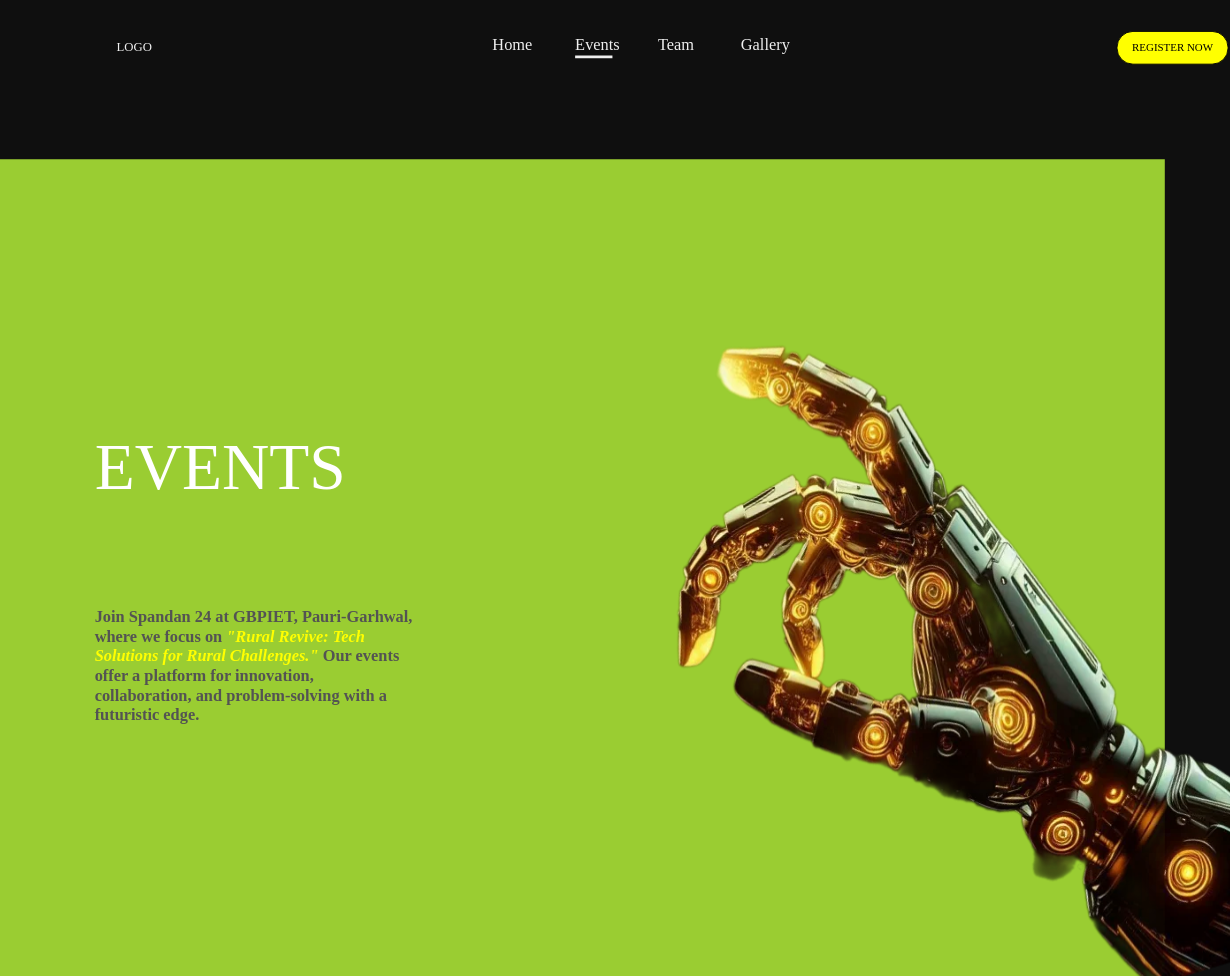
Repository: s4bbi/spandan-3.0
Page: /
These files come from the project's save history. The page is drawn as it stood at one moment and after the next save; the edit follows.
The browser window is 1280 px wide. The page is 1352 px wide, so the pictures cover 1352 px, including what lies to the right of the window. The pictures show the whole page, at 91% of full size.
The project was rebuilt for these pictures with package versions that can differ from the ones it lists, and the page was loaded fresh each time. Also part of the build but not shown: vite.config.js, src/pages/Events/Events.jsx.

Above is the page before, as saved 2024-11-02 02:56:49.

After the next save:
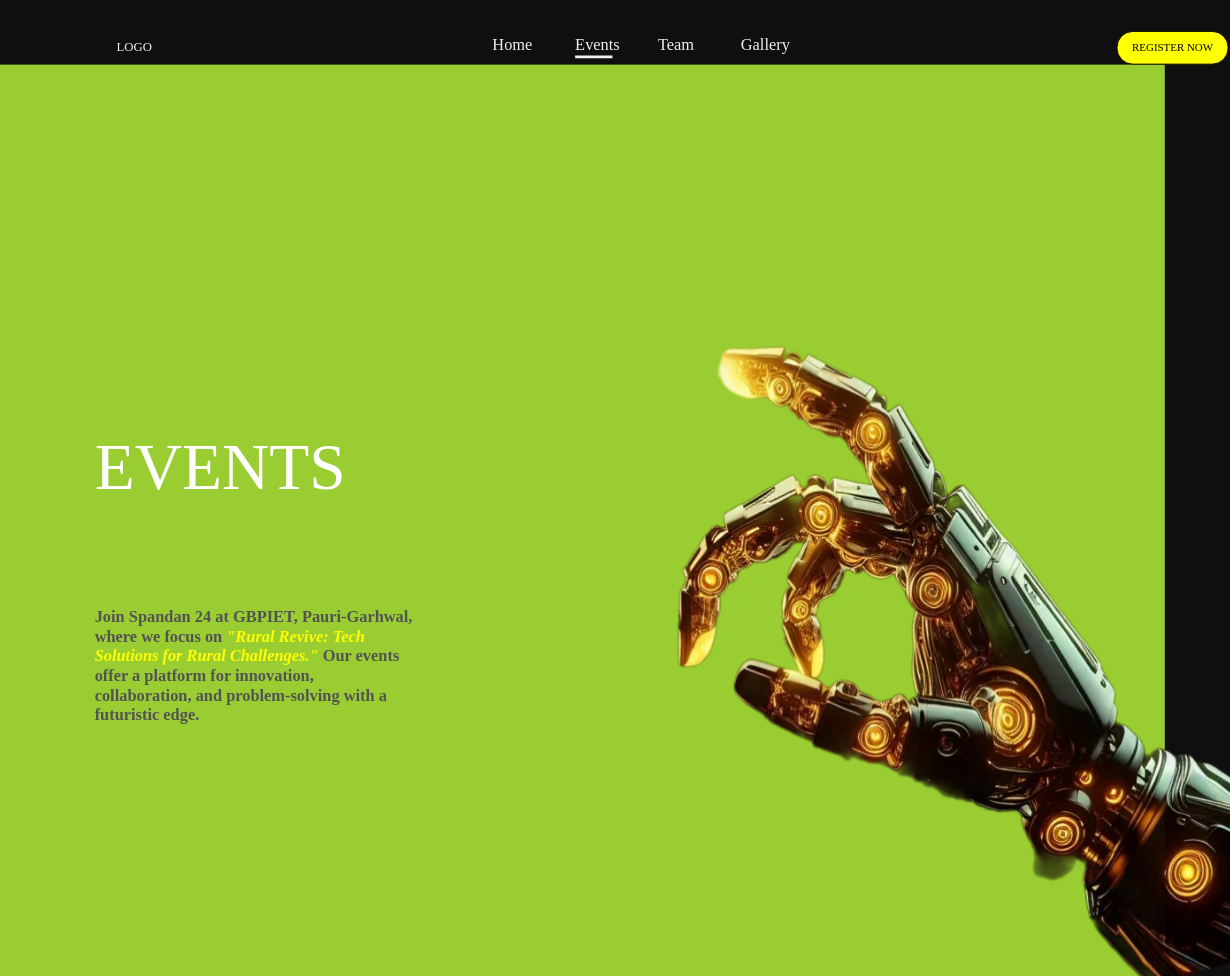
Saved 19 s later.
--- a/src/components/HeroSection/HeroSection.css
+++ b/src/components/HeroSection/HeroSection.css
@@ -2,7 +2,7 @@
     display: flex;
     align-items: center;
     justify-content: space-between;
-    margin-top: 104px;
+    padding-top: 104px;
     background-color: yellowgreen;
     /* padding-top: 50px;
     max-width: 1200px;
